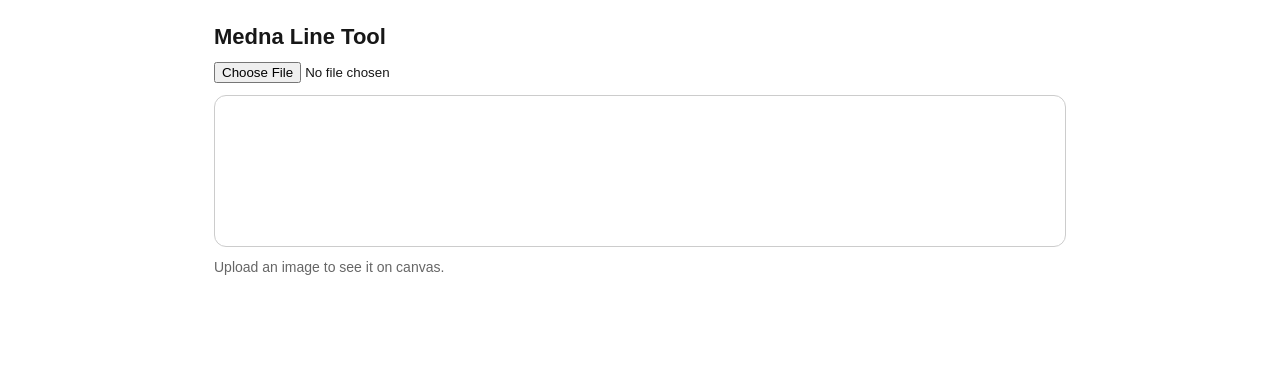
Repository: Sumaiya43/medna-tools
Page: /
These files come from the project's save history. The page is drawn as it stood at one moment and after the next save; the edit follows.
The browser window is 1280 px wide. The pictures show the whole page.
The project was rebuilt for these pictures with package versions that can differ from the ones it lists, and the page was loaded fresh each time. The framework's server and built-in components were replaced by stand-ins that run in the browser. Also part of the build but not shown: next.config.mjs.

Above is the page before, as saved 2026-02-26 02:52:22.

After the next save:
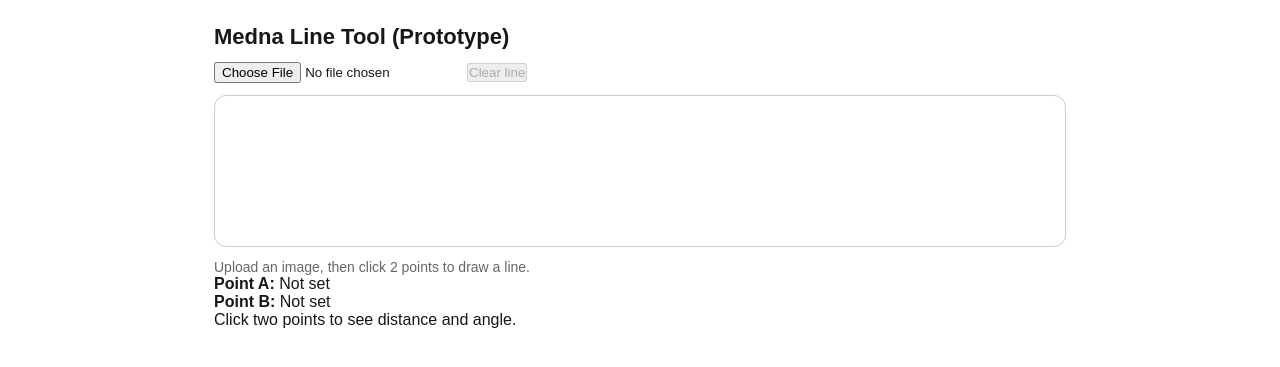
Saved 2 min 23 s later.
--- a/src/app/page.js
+++ b/src/app/page.js
@@ -5,26 +5,39 @@ import styles from "./page.module.css";
 
 export default function Home() {
   const canvasRef = useRef(null);
+
   const [imgObj, setImgObj] = useState(null);
+  const [A, setA] = useState(null); // first click point
+  const [B, setB] = useState(null); // second click point
 
-  function drawImageOnCanvas(image) {
+  // Draw image + (optional) line
+  function draw(image, a, b) {
     const canvas = canvasRef.current;
     if (!canvas) return;
 
     const ctx = canvas.getContext("2d");
     if (!ctx) return;
 
-    // Make canvas same size as image
+    // Canvas same size as image
     canvas.width = image.width;
     canvas.height = image.height;
 
-    // Clear old drawings
+    // Draw image
     ctx.clearRect(0, 0, canvas.width, canvas.height);
+    ctx.drawImage(image, 0, 0);
 
-    // Draw image
-    ctx.drawImage(image, 0, 0);
+    // Draw ONLY the line (no circles)
+    if (a && b) {
+      ctx.beginPath();
+      ctx.moveTo(a.x, a.y);
+      ctx.lineTo(b.x, b.y);
+      ctx.lineWidth = 3;
+      ctx.strokeStyle = "#FFD166"; // yellow/gold
+      ctx.stroke();
+    }
   }
 
+  // Upload image
   function handleUpload(e) {
     const file = e.target.files?.[0];
     if (!file) return;
@@ -34,29 +47,122 @@ export default function Home() {
     const image = new Image();
     image.onload = () => {
       setImgObj(image);
-      drawImageOnCanvas(image);
+      setA(null);
+      setB(null);
+      draw(image, null, null);
     };
     image.src = url;
   }
 
+  // Click on canvas: 1st click = A, 2nd click = B, 3rd click starts again
+  function handleCanvasClick(e) {
+    if (!imgObj) return;
+
+    const canvas = canvasRef.current;
+    const rect = canvas.getBoundingClientRect();
+
+    const x = e.clientX - rect.left;
+    const y = e.clientY - rect.top;
+    const p = { x, y };
+
+    if (!A) {
+      setA(p);
+      draw(imgObj, p, null);
+      return;
+    }
+
+    if (!B) {
+      setB(p);
+      draw(imgObj, A, p);
+      return;
+    }
+
+    // start new measurement
+    setA(p);
+    setB(null);
+    draw(imgObj, p, null);
+  }
+
+  // Calculations (only when A and B exist)
+  let distancePx = null;
+  let angleDeg = null;
+
+  if (A && B) {
+    const dx = B.x - A.x;
+    const dy = B.y - A.y;
+
+    distancePx = Math.sqrt(dx * dx + dy * dy);
+
+    // angle in degrees
+    angleDeg = (Math.atan2(dy, dx) * 180) / Math.PI;
+  }
+
+  function clearPoints() {
+    if (!imgObj) return;
+    setA(null);
+    setB(null);
+    draw(imgObj, null, null);
+  }
+
   return (
     <main className={styles.main}>
-      <h1 className={styles.title}>Medna Line Tool</h1>
+      <h1 className={styles.title}>Medna Line Tool (Prototype)</h1>
 
-      <input
-        className={styles.upload}
-        type="file"
-        accept="image/*"
-        onChange={handleUpload}
-      />
+      <div className={styles.controls}>
+        <input
+          className={styles.upload}
+          type="file"
+          accept="image/*"
+          onChange={handleUpload}
+        />
+
+        <button className={styles.btn} onClick={clearPoints} disabled={!imgObj}>
+          Clear line
+        </button>
+      </div>
 
       <div className={styles.canvasBox}>
-        <canvas ref={canvasRef} className={styles.canvas} />
+        <canvas
+          ref={canvasRef}
+          className={styles.canvas}
+          onClick={handleCanvasClick}
+        />
       </div>
 
       {!imgObj && (
-        <p className={styles.note}>Upload an image to see it on canvas.</p>
+        <p className={styles.note}>
+          Upload an image, then click 2 points to draw a line.
+        </p>
       )}
+
+      <div className={styles.infoBox}>
+        <div>
+          <b>Point A:</b>{" "}
+          {A ? `${A.x.toFixed(1)}, ${A.y.toFixed(1)}` : "Not set"}
+        </div>
+        <div>
+          <b>Point B:</b>{" "}
+          {B ? `${B.x.toFixed(1)}, ${B.y.toFixed(1)}` : "Not set"}
+        </div>
+
+        {A && B ? (
+          <>
+            <div>
+              <b>Distance:</b> {distancePx.toFixed(2)} px
+            </div>
+            <div>
+              <b>Angle:</b> {angleDeg.toFixed(2)}°
+            </div>
+            <div className={styles.tip}>
+              Tip: click again to start a new line.
+            </div>
+          </>
+        ) : (
+          <div className={styles.tip}>
+            Click two points to see distance and angle.
+          </div>
+        )}
+      </div>
     </main>
   );
 }
